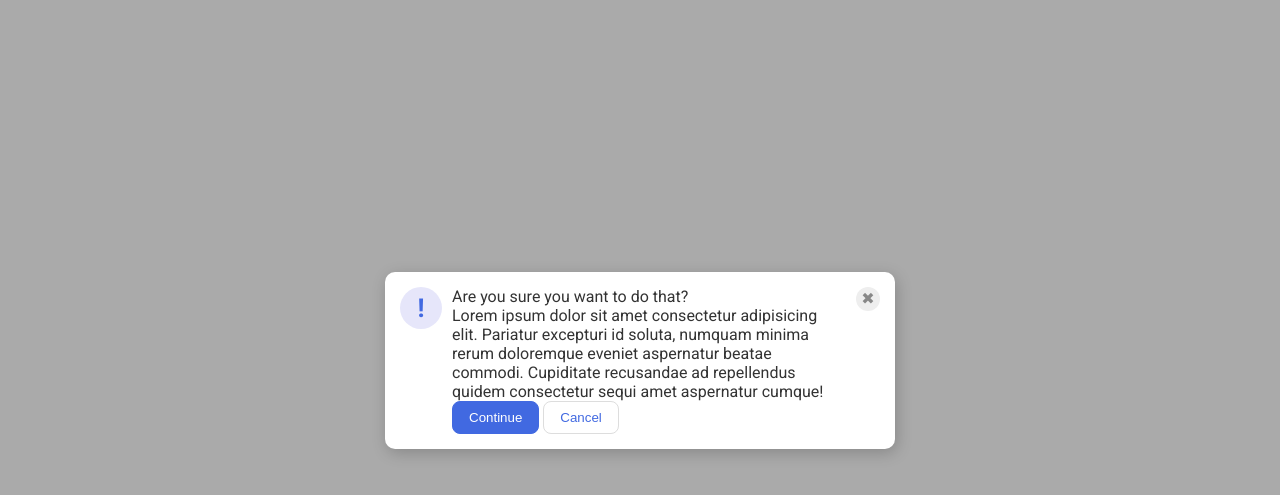
Repository: ridgely/css-exercises
Page: flex/05-flex-modal/index.html
An editor plug-in stored every save of this project. The page is shown before and after the next save, followed by the edit.
The browser window is 1280 px wide. The pictures show the whole page.

Above is the page before, as saved 2022-07-06 14:22:25.

### flex/05-flex-modal/index.html
<!DOCTYPE html>
<html lang="en">
  <head>
    <meta charset="UTF-8">
    <meta http-equiv="X-UA-Compatible" content="IE=edge">
    <meta name="viewport" content="width=device-width, initial-scale=1.0">
    <link rel="stylesheet" href="style.css">
    <title>Modal</title>
  </head>
  <body>
    <div class="modal">
      <div class="column-1">
        <div class="icon">!</div>
      </div>
      <div class="column-2">
        <div class="header">Are you sure you want to do that?</div>
        <div class="text">Lorem ipsum dolor sit amet consectetur adipisicing elit. Pariatur excepturi id soluta, numquam minima rerum doloremque eveniet aspernatur beatae commodi. Cupiditate recusandae ad repellendus quidem consectetur sequi amet aspernatur cumque!</div>
        <button class="continue">Continue</button>
        <button class="cancel">Cancel</button>
      </div>
      <div class="column-3">
        <div class="close-button">✖</div>
      </div>
    </div>
  </body>
</html>

### flex/05-flex-modal/style.css
@import url('https://fonts.googleapis.com/css2?family=Roboto:wght@400;700&display=swap');

html, body {
  height: 100%;
}

body {
  font-family: Roboto, sans-serif;
  margin: 0;
  background: #aaa;
  color: #333;
  /* I'll give you this one for free lol */
  display: flex;
  align-items: center;
  justify-content: center;
}

.modal {
  background: white;
  width: 480px;
  border-radius: 10px;
  box-shadow: 2px 4px 16px rgba(0,0,0,.2);
  display: flex;
  gap: 10px;
  padding: 15px;
}

.icon {
  color: royalblue;
  font-size: 26px;
  font-weight: 700;
  background: lavender;
  width: 42px;
  height: 42px;
  border-radius: 50%;
  display: flex;
  align-items: center;
  justify-content: center;
}

.close-button {
  background: #eee;
  border-radius: 50%;
  color: #888;
  font-weight: 400;
  font-size: 16px;
  height: 24px;
  width: 24px;
  display: flex;
  align-items: center;
  justify-content: center;
}

button {
  padding: 8px 16px;
  border-radius: 8px;
}

button.continue {
  background: royalblue;
  border: 1px solid royalblue;
  color: white;
}

button.cancel {
  background: white;
  border: 1px solid #ddd;
  color: royalblue;
}

After the next save:
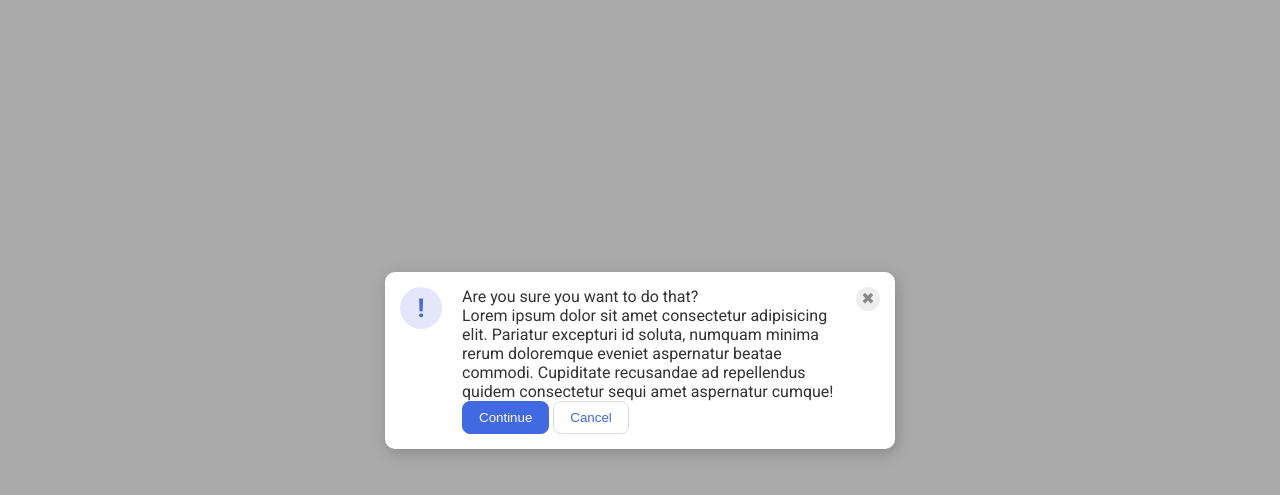
Saved 11 s later.
--- a/flex/05-flex-modal/style.css
+++ b/flex/05-flex-modal/style.css
@@ -21,7 +21,7 @@ body {
   border-radius: 10px;
   box-shadow: 2px 4px 16px rgba(0,0,0,.2);
   display: flex;
-  gap: 10px;
+  gap: 20px;
   padding: 15px;
 }
 
